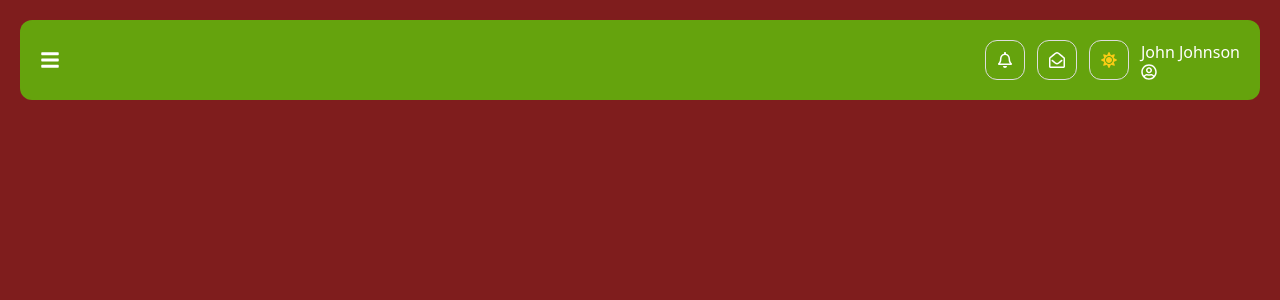
Repository: farrelmuhammad/redesign-bo
Page: /
The author's editor kept a copy of each file at every save. The page is drawn from the files as they stood at one save, then again after the next save.
The browser window is 1280 px wide. The pictures show the whole page.
The project was rebuilt for these pictures with package versions that can differ from the ones it lists, and the page was loaded fresh each time. Also part of the build but not shown: src/App.css.

Above is the page before, as saved 2024-03-02 19:14:44.

After the next save:
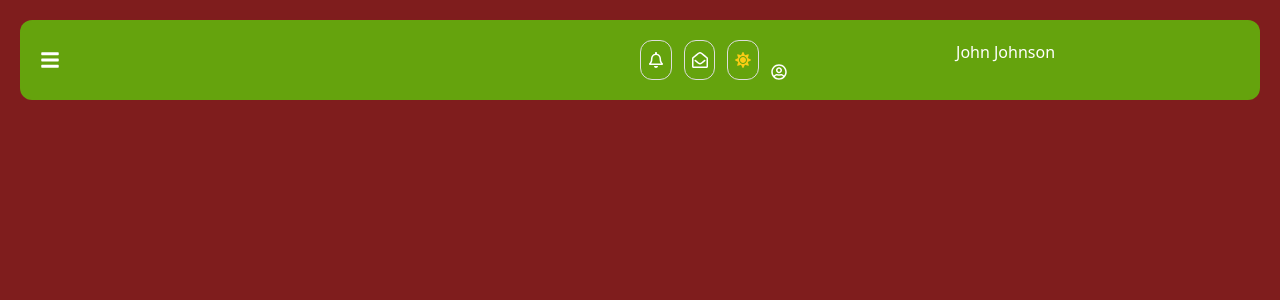
Saved 13 s later.
--- a/src/components/Navbar.tsx
+++ b/src/components/Navbar.tsx
@@ -20,7 +20,7 @@
                     <FaSun className='text-yellow-400' />
                     {/* <FaMoon className='text-yellow-400' /> */}
                 </button>
-                <button>
+                <button className='w-full'>
                     John Johnson <FaRegUserCircle />
                 </button>
             </div>

After the save that followed:
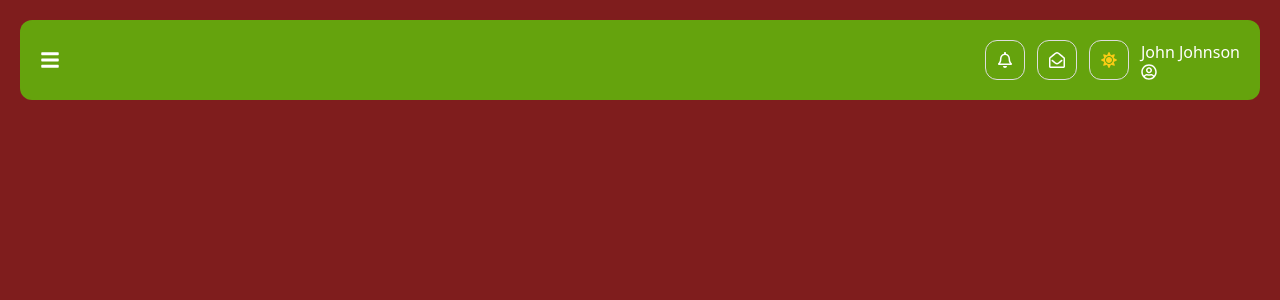
Saved 5 s later.
--- a/src/components/Navbar.tsx
+++ b/src/components/Navbar.tsx
@@ -20,7 +20,7 @@
                     <FaSun className='text-yellow-400' />
                     {/* <FaMoon className='text-yellow-400' /> */}
                 </button>
-                <button className='w-full'>
+                <button className=''>
                     John Johnson <FaRegUserCircle />
                 </button>
             </div>
